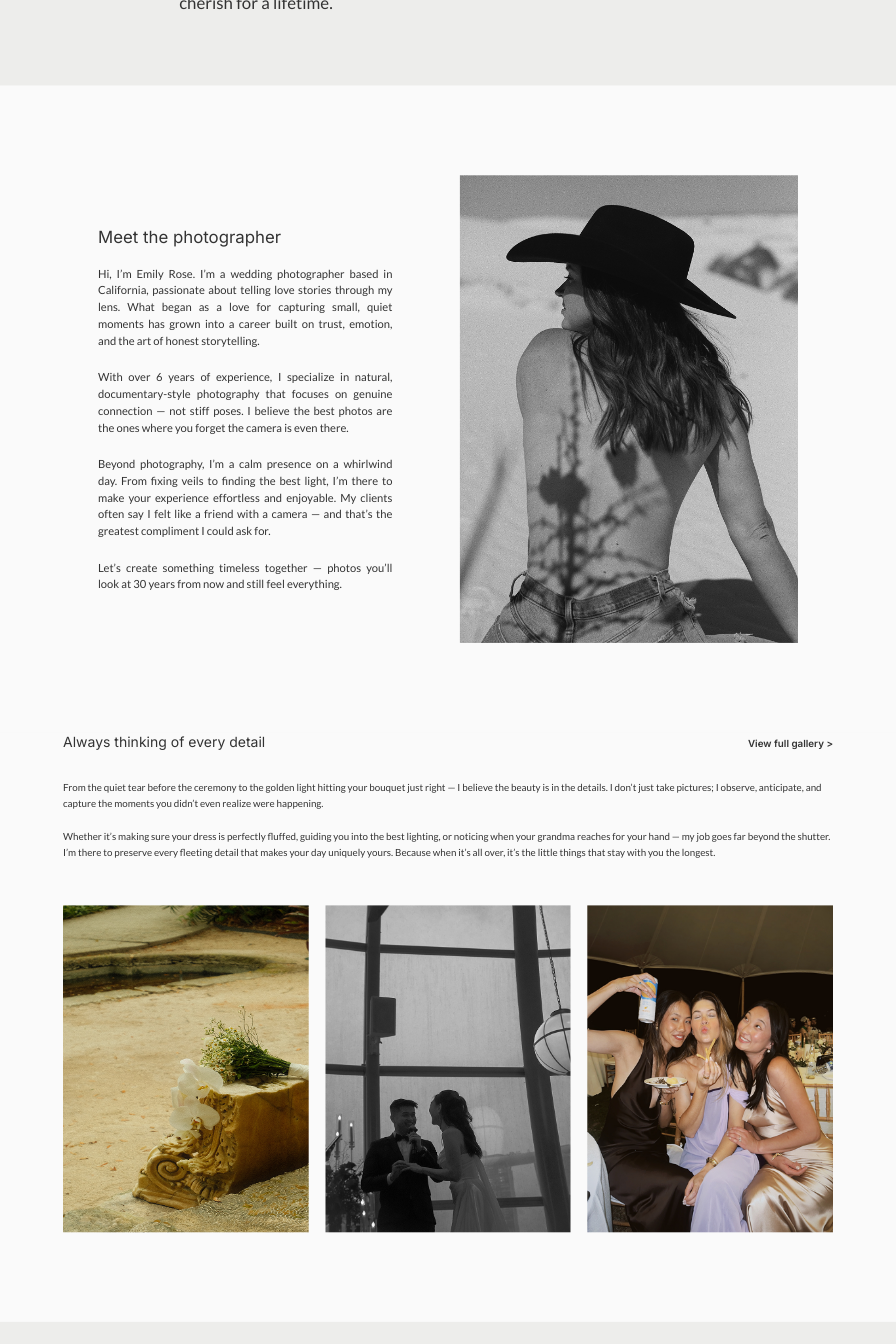
Repository: eduarda-magnago/wt-photography
Page: /
An editor plug-in stored every save of this project. The page is shown before and after the next save, followed by the edit.
The browser window is 1280 px wide. The pictures show the part of the page from y = 949 to 2869 px (the page is 3806 px tall before and 3880 px after), at 70% of full size.
Some web fonts or font styles are not loaded; a fallback is used. The project was rebuilt for these pictures with package versions that can differ from the ones it lists, and the page was loaded fresh each time. The framework's server and built-in components were replaced by stand-ins that run in the browser. Also part of the build but not shown: next.config.ts.

Above is the page before, as saved 2026-10-14 12:51:12.

### app/layout.tsx
import type { Metadata } from "next";
import { Inter, Lato, Cormorant_SC } from "next/font/google";
import Header from "@/components/layout/header";
import Footer from "@/components/layout/footer";
import "./globals.css";

const inter = Inter({
  subsets: ["latin"],
  variable: "--font-inter",
});

const lato = Lato({
  subsets: ["latin"],
  weight: ["300", "400", "700"],
  variable: "--font-lato",
});

const cormorant = Cormorant_SC({
  subsets: ["latin"],
  weight: ["300", "400", "500"],
  variable: "--font-cormorant",
});

export const metadata: Metadata = {
  title: "WT Timeless Photography",
  description: "Timeless wedding photography",
};

export default function RootLayout({
  children,
}: {
  children: React.ReactNode;
}) {
  return (
    <html
      lang="en"
      className={`${inter.variable} ${lato.variable} ${cormorant.variable}`}
    >
      <body className="font-sans antialiased">
        <Header />
        <main>{children}</main>
        <Footer />
      </body>
    </html>
  );
}

### app/page.tsx
import Hero from "@/components/hero";
import Intro from "@/components/home/intro";
import About from "@/components/home/about";
import Details from "@/components/home/details";
import Testimonials from "@/components/home/testimonials";

export default function Home() {
  return (
    <>
      <Hero
        eyebrow="Timeless Wedding Photography"
        title="Capturing the essence of your treasured moments"
        image="/img/hero-bg.jpg"
      />
      <Intro />
      <About />
      <Details />
      <Testimonials />
    </>
  );
}

### components/layout/header.tsx
"use client";

import { useState } from "react";
import Image from "next/image";
import Link from "next/link";

const navLinks = [
  { label: "Home", href: "/" },
  { label: "About me", href: "/#about" },
  { label: "Gallery", href: "/#gallery" },
  { label: "Testimonials", href: "/#testimonials" },
  { label: "Contact Us", href: "/contact#contact-form" },
];

export default function Header() {
  const [open, setOpen] = useState(false);

  return (
    <header className="absolute inset-x-0 top-0 z-30">
      <div className="flex items-start justify-between px-6 py-8 md:px-14">
        <ul className="flex items-center gap-3">
          <li>
            <a
              href="#"
              aria-label="Instagram"
              className="relative block h-[19px] w-[18px] transition-opacity hover:opacity-70"
            >
              <Image
                src="/img/instagram.png"
                alt=""
                fill
                sizes="18px"
                className="object-contain"
              />
            </a>
          </li>
          <li>
            <a
              href="#"
              aria-label="Facebook"
              className="relative block h-[18px] w-[18px] transition-opacity hover:opacity-70"
            >
              <Image
                src="/img/facebook.png"
                alt=""
                fill
                sizes="18px"
                className="object-contain"
              />
            </a>
          </li>
          <li>
            <a
              href="#"
              aria-label="YouTube"
              className="relative block h-[18px] w-[18px] transition-opacity hover:opacity-70"
            >
              <Image
                src="/img/youtube.png"
                alt=""
                fill
                sizes="18px"
                className="object-contain"
              />
            </a>
          </li>
          <li>
            <a
              href="#"
              aria-label="LinkedIn"
              className="relative block h-[18px] w-[18px] transition-opacity hover:opacity-70"
            >
              <Image
                src="/img/linkedin.png"
                alt=""
                fill
                sizes="18px"
                className="object-contain"
              />
            </a>
          </li>
        </ul>

        <button
          type="button"
          onClick={() => setOpen(true)}
          aria-label="Open menu"
          className="relative block h-6 w-9 transition-opacity hover:opacity-70"
        >
          <Image
            src="/img/menu.png"
            alt=""
            fill
            sizes="36px"
            className="object-contain"
          />
        </button>
      </div>

      {open && (
        <div className="fixed inset-0 z-40 flex items-center justify-center bg-ink/95">
          <button
            type="button"
            onClick={() => setOpen(false)}
            aria-label="Close menu"
            className="absolute right-6 top-8 text-3xl text-white md:right-14"
          >
            ✕
          </button>
          <nav>
            <ul className="flex flex-col items-center gap-8">
              {navLinks.map((link) => (
                <li key={link.label}>
                  <Link
                    href={link.href}
                    onClick={() => setOpen(false)}
                    className="font-heading text-2xl text-white"
                  >
                    {link.label}
                  </Link>
                </li>
              ))}
            </ul>
          </nav>
        </div>
      )}
    </header>
  );
}

### components/layout/footer.tsx
import Image from "next/image";
import Link from "next/link";

const exploreLinks = [
  { label: "Home", href: "/" },
  { label: "About me", href: "/#about" },
  { label: "Gallery", href: "/#gallery" },
  { label: "Testimonials", href: "/#testimonials" },
  { label: "Contact Us", href: "/contact#contact-form" },
];

export default function Footer() {
  return (
    <footer>
      <div className="bg-ink px-6 py-16 text-sm text-white md:px-14">
        <div className="mx-auto max-w-5xl">
          <div className="border-t border-white/30 pt-12">
            <div className="grid gap-12 md:grid-cols-[1fr_auto_auto] md:gap-20">
              <div>
                <Image
                  src="/img/logo.png"
                  alt="WT Timeless Photography"
                  width={240}
                  height={110}
                />
                <p className="mt-6 max-w-xs">
                  With a natural and artistic approach, we create photographs
                  that reflect everything.
                </p>
                <ul className="mt-6 flex items-center gap-3">
                  <li>
                    <a href="#" aria-label="Instagram" className="transition-opacity hover:opacity-70">
                      <Image src="/img/instagram.png" alt="" width={18} height={18} />
                    </a>
                  </li>
                  <li>
                    <a href="#" aria-label="Facebook"
                      className="relative block h-[18px] w-[18px] transition-opacity hover:opacity-70"
                    >
                      <Image src="/img/facebook.png" alt="" fill sizes="18px" className="object-contain"/>
                    </a>
                  </li>
                  <li>
                    <a href="#" aria-label="YouTube" className="transition-opacity hover:opacity-70">
                      <Image src="/img/youtube.png" alt="" width={18} height={18} />
                    </a>
                  </li>
                  <li>
                    <a href="#" aria-label="LinkedIn" className="transition-opacity hover:opacity-70">
                      <Image src="/img/linkedin.png" alt="" width={18} height={18} />
                    </a>
                  </li>
                </ul>
              </div>

              <div>
                <h3 className="mb-6 text-xs uppercase tracking-widest">
                  Explore
                </h3>
                <ul className="space-y-2">
                  {exploreLinks.map((link) => (
                    <li key={link.label}>
                      <Link href={link.href}>{link.label}</Link>
                    </li>
                  ))}
                </ul>
              </div>

              <div>
                <h3 className="mb-6 text-xs uppercase tracking-widest">
                  Enquiries
                </h3>
                <address className="not-italic leading-relaxed">
                  641 Route de Gibannaz
                  <br />
                  Les Gets
                  <br />
                  74260
                </address>
                <div className="mt-6 flex flex-col gap-1 underline">
                  <a href="tel:+33685204809">+33 (0)6 85 20 48 09</a>
                  <a href="tel:+447967728009">+44 (0)7967 728009</a>
                </div>
                <a
                  href="mailto:info@weddingphoto.com"
                  className="mt-6 block underline"
                >
                  info@weddingphoto.com
                </a>
              </div>
            </div>

            <div className="mt-16 flex flex-col gap-4 border-t border-white/30 pt-6 text-xs md:flex-row md:justify-between">
              <p>
                Designed &amp; developed by{" "}
                <a href="https://www.instagram.com/webstudio.em" target="_blank" rel="noopener noreferrer" className="underline">
                  EM Studio
                </a>
              </p>
              <div className="flex gap-6 underline">
                <a href="#">Terms &amp; Conditions</a>
                <a href="#">Privacy Policy</a>
              </div>
            </div>
          </div>
        </div>
      </div>
      <p className="bg-neutral-200 px-6 py-5 text-center text-xs uppercase tracking-wide">
        © WT Timeless Photography 2026 - All the rights reserved.
      </p>
    </footer>
  );
}

### app/globals.css
@import "tailwindcss";

@theme inline {
  --font-sans: var(--font-lato);
  --font-heading: var(--font-inter);
  --font-hero: var(--font-cormorant);

  --color-ink: #333333;
  --color-sand: #ededeb;
  --color-paper: #fafafa;
  --color-blush: #f4e6dc;
}

html {
  scroll-behavior: smooth;
}

body {
  background: var(--color-paper);
  color: var(--color-ink);
}

### components/hero.tsx
import Image from "next/image";
import Link from "next/link";

type HeroProps = {
  eyebrow: string;
  title: string;
  image: string;
  ctaLabel?: string;
  ctaHref?: string;
};

export default function Hero({
  eyebrow,
  title,
  image,
  ctaLabel = "Explore our gallery",
  ctaHref = "/#gallery",
}: HeroProps) {
  return (
    <section className="relative flex h-[70vh] min-h-[715px] items-center justify-center overflow-hidden">
      <Image
        src="/img/hero.png"
        alt=""
        fill
        priority
        sizes="100vw"
        className="object-cover"
      />
      <div className="absolute inset-0 bg-black/20" />
      <div className="relative z-10 flex max-w-3xl flex-col items-center px-6 text-center text-white">
        <p className="mb-4 text-sm">{eyebrow}</p>
        <h1 className="font-hero text-5xl leading-[0.9] md:text-7xl">
          {title}
        </h1>
        <Link
          href={ctaHref}
          className="mt-8 border-b border-white pb-1 text-xs uppercase tracking-wider"
        >
          {ctaLabel}
        </Link>
      </div>
    </section>
  );
}

### components/home/intro.tsx
export default function Intro() {
  return (
    <section className="bg-sand px-6 py-22 md:py-25">
      <p className="mx-auto max-w-3xl text-justify text-xl leading-relaxed md:text-2xl">
        Your love story is one of a kind, filled with genuine emotions,
        meaningful details, and unforgettable moments. Our passion is to
        preserve those fleeting seconds and transform them into timeless images
        that you will cherish for a lifetime.
      </p>
    </section>
  );
}

### components/home/about.tsx
import Image from "next/image";

export default function About() {
  return (
    <section id="about" className="bg-paper px-6 py-24 md:px-14 md:py-32">
      <div className="mx-auto grid max-w-[1000px] items-center gap-12 md:grid-cols-[435fr_500fr] md:gap-x-12 xl:gap-x-[96px]">
        <div>
          <h2 className="font-heading text-2xl">Meet the photographer</h2>

          <div className="mt-6 space-y-7 text-justify text-base leading-6">
            <p>
              Hi, I’m Emily Rose. I’m a wedding photographer based in
              California, passionate about telling love stories through my
              lens. What began as a love for capturing small, quiet moments has
              grown into a career built on trust, emotion, and the art of
              honest storytelling.
            </p>
            <p>
              With over 6 years of experience, I specialize in natural,
              documentary-style photography that focuses on genuine connection
              — not stiff poses. I believe the best photos are the ones where
              you forget the camera is even there.
            </p>
            <p>
              Beyond photography, I’m a calm presence on a whirlwind day. From
              fixing veils to finding the best light, I’m there to make your
              experience effortless and enjoyable. My clients often say I felt
              like a friend with a camera — and that’s the greatest compliment
              I could ask for.
            </p>
            <p>
              Let’s create something timeless together — photos you’ll look at
              30 years from now and still feel everything.
            </p>
          </div>
        </div>

        <div className="relative aspect-[619/855] w-full">
          <Image
            src="/img/about.png"
            alt="Wedding photographer picture"
            fill
            sizes="(min-width: 1280px) 500px, (min-width: 768px) 50vw, 100vw"
            className="object-cover"
          />
        </div>
      </div>
    </section>
  );
}

### components/home/details.tsx
import Image from "next/image";
import Link from "next/link";

const photos = [
  { src: "/img/detail1.png", alt: "Bouquet resting on a golden ornament" },
  { src: "/img/detail2.png", alt: "Couple dancing by a large window" },
  { src: "/img/detail3.png", alt: "Bridesmaids laughing together" },
];

export default function Details() {
  return (
    <section id="gallery" className="bg-paper px-6 pb-24 md:px-14 md:pb-32">
      <div className="mx-auto max-w-[1100px]">
        <div className="flex items-baseline justify-between">
          <h2 className="font-heading text-xl">
            Always thinking of every detail
          </h2>
          <Link href="/#gallery" className="font-heading text-sm font-semibold">
            View full gallery &gt;
          </Link>
        </div>

        <div className="mt-10 space-y-6 text-sm leading-relaxed">
          <p>
            From the quiet tear before the ceremony to the golden light hitting
            your bouquet just right — I believe the beauty is in the details. I
            don’t just take pictures; I observe, anticipate, and capture the
            moments you didn’t even realize were happening.
          </p>
          <p>
            Whether it’s making sure your dress is perfectly fluffed, guiding
            you into the best lighting, or noticing when your grandma reaches
            for your hand — my job goes far beyond the shutter. I’m there to
            preserve every fleeting detail that makes your day uniquely yours.
            Because when it’s all over, it’s the little things that stay with
            you the longest.
          </p>
        </div>

        <div className="mt-16 grid gap-6 md:grid-cols-3">
          {photos.map((photo) => (
            <div key={photo.src} className="relative aspect-[3/4]">
              <Image
                src={photo.src}
                alt={photo.alt}
                fill
                sizes="(min-width: 768px) 33vw, 100vw"
                className="object-cover"
              />
            </div>
          ))}
        </div>
      </div>
    </section>
  );
}

### components/home/testimonials.tsx
"use client";

import { useState } from "react";
import Image from "next/image";

const testimonials = [
  {
    name: "Anna C.",
    image: "/img/testimonial.png",
    quote:
      "I had a very amazing contracting WP for my wedding. They are super kind team and I always felt I could trust 100% in their work. When I received the pictures I was more surprised than I imagined, really good quality! No regrets.",
  },
];

export default function Testimonials() {
  const [index, setIndex] = useState(0);
  const current = testimonials[index];

  function next() {
    setIndex((prev) => (prev + 1) % testimonials.length);
  }

  return (
    <section id="testimonials" className="bg-sand px-6 py-20 md:px-14">
      <div className="mx-auto grid max-w-5xl items-center gap-10 md:grid-cols-[auto_1fr] md:gap-16">
        <div className="relative h-48 w-48 overflow-hidden rounded-full md:h-56 md:w-56">
          <Image
            src={current.image}
            alt={current.name}
            fill
            sizes="224px"
            className="object-cover"
          />
        </div>

        <div>
          <h3 className="font-heading text-xl">{current.name}</h3>
          <blockquote className="mt-4 text-justify text-lg leading-relaxed">
            “{current.quote}”
          </blockquote>
          <button
            type="button"
            onClick={next}
            className="font-heading mt-8 ml-auto block text-sm font-semibold"
          >
            {index + 1}/{testimonials.length} &gt;
          </button>
        </div>
      </div>
    </section>
  );
}

After the next save:
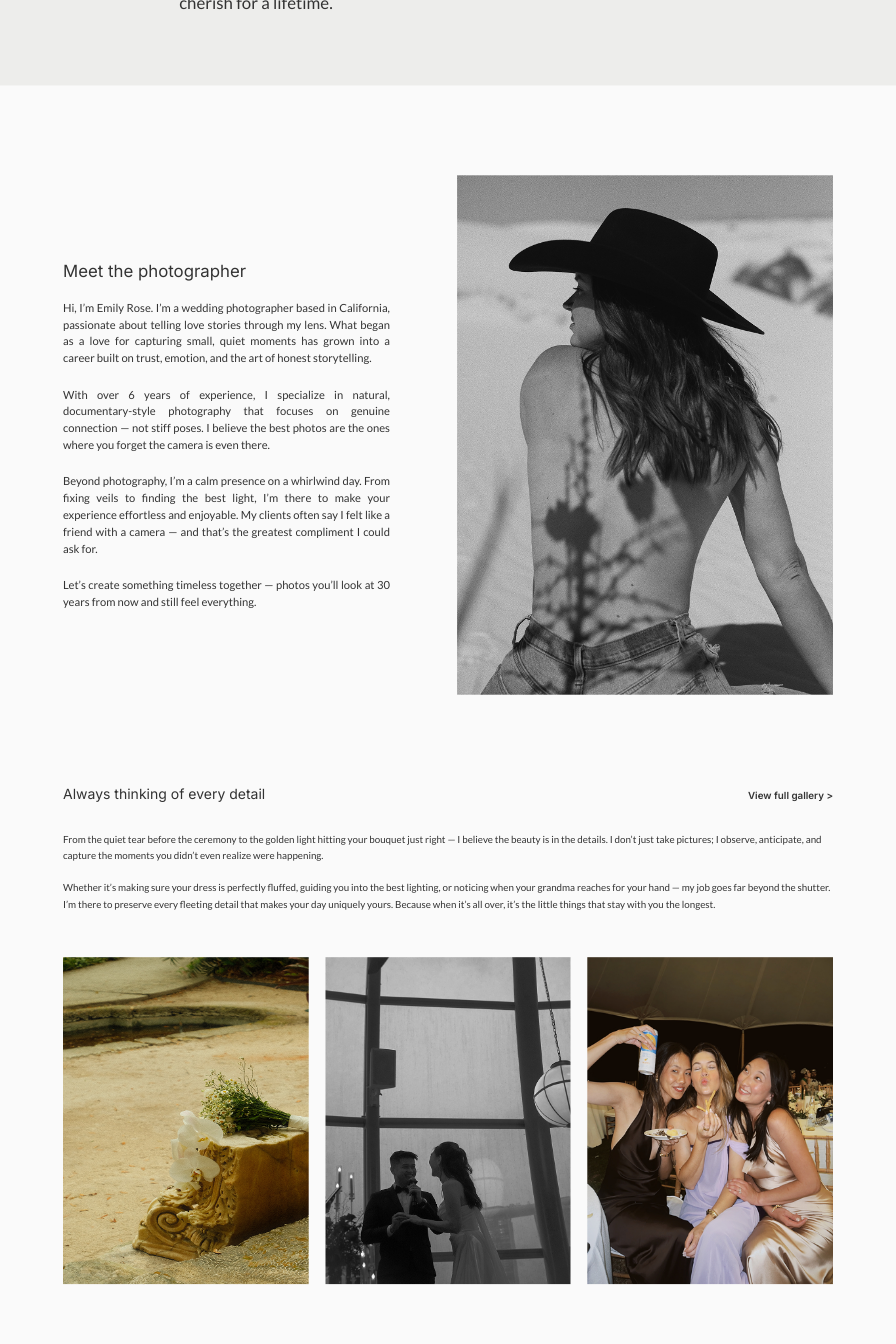
Saved 19 s later.
--- a/components/home/about.tsx
+++ b/components/home/about.tsx
@@ -3,7 +3,7 @@ import Image from "next/image";
 export default function About() {
   return (
     <section id="about" className="bg-paper px-6 py-24 md:px-14 md:py-32">
-      <div className="mx-auto grid max-w-[1000px] items-center gap-12 md:grid-cols-[435fr_500fr] md:gap-x-12 xl:gap-x-[96px]">
+      <div className="mx-auto grid max-w-[1100px] items-center gap-12 md:grid-cols-[435fr_500fr] md:gap-x-12 xl:gap-x-[96px]">
         <div>
           <h2 className="font-heading text-2xl">Meet the photographer</h2>
 
